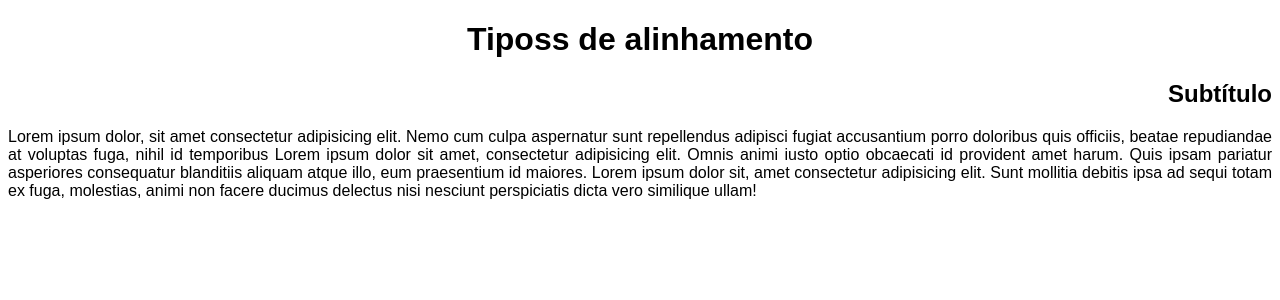
Repository: Codigo404q/html-css
Page: exercicios/ex017/fonte02.html
An editor plug-in stored every save of this project. The page is shown before and after the next save, followed by the edit.
The browser window is 1280 px wide. The pictures show the whole page.

Above is the page before, as saved 2023-11-04 21:23:19.

### exercicios/ex017/fonte02.html
<!DOCTYPE html>
<html lang="pt-br">
<head>
    <meta charset="UTF-8">
    <meta name="viewport" content="width=device-width, initial-scale=1.0">
    <title>Alinhamentos</title>
    <style>
        body {
            font: normal 16px Arial, Verdana, serif;
            text-align: left;
        }

        h1{
            text-align: center;
        }

        h2 {
            text-align: right;
        }

        p {
            text-align: justify;
            text-indent: ;
        }
    </style>
</head>
<body>
    <h1>Tiposs de alinhamento</h1>
    <h2>Subtítulo</h2>
    <p>Lorem ipsum dolor, sit amet consectetur adipisicing elit. Nemo cum culpa aspernatur sunt repellendus adipisci fugiat accusantium porro doloribus quis officiis, beatae repudiandae at voluptas fuga, nihil id temporibus Lorem ipsum dolor sit amet, consectetur adipisicing elit. Omnis animi iusto optio obcaecati id provident amet harum. Quis ipsam pariatur asperiores consequatur blanditiis aliquam atque illo, eum praesentium id maiores. Lorem ipsum dolor sit, amet consectetur adipisicing elit. Sunt mollitia debitis ipsa ad sequi totam ex fuga, molestias, animi non facere ducimus delectus nisi nesciunt perspiciatis dicta vero similique ullam!</p>
</body>
</html>

After the next save:
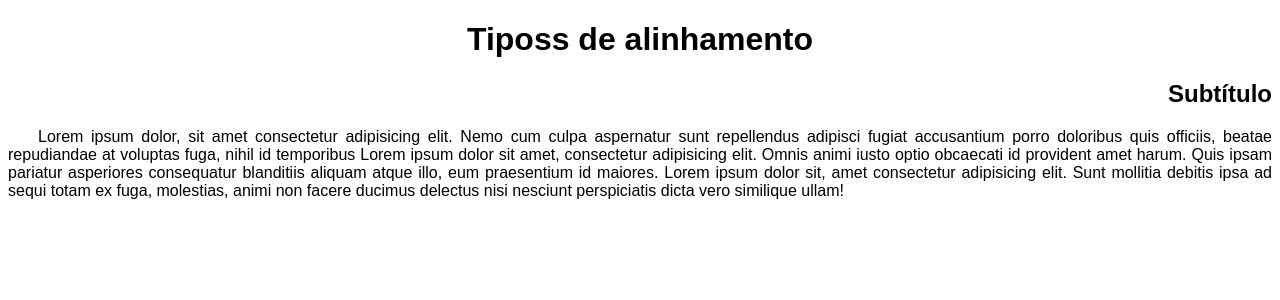
Saved 8 s later.
--- a/exercicios/ex017/fonte02.html
+++ b/exercicios/ex017/fonte02.html
@@ -20,7 +20,7 @@
 
         p {
             text-align: justify;
-            text-indent: ;
+            text-indent: 30px;
         }
     </style>
 </head>
